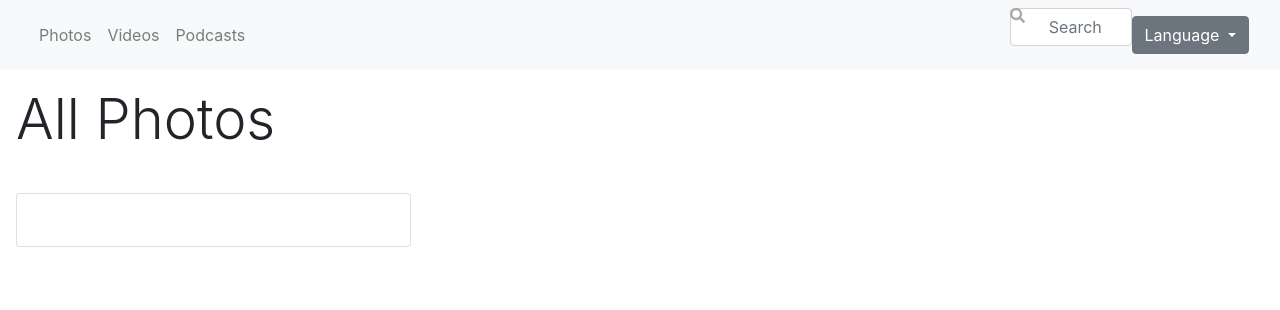
Repository: AlisaSkryp/photoblog
Page: index.html
The author's editor kept a copy of each file at every save. The page is drawn from the files as they stood at one save, then again after a run of saves.
The browser window is 1280 px wide. The pictures show the whole page.
Some web libraries are served in a nearby version.

Above is the page before, as saved 2023-04-09 20:20:14.

After the next 5 saves:
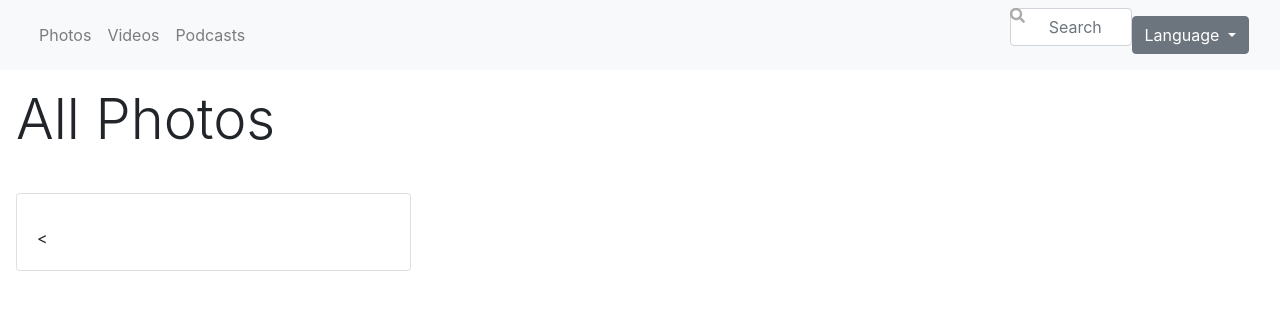
The 5 saves are shown as one change because they came seconds apart.
The last was saved 14 s later.
--- a/index.html
+++ b/index.html
@@ -89,7 +89,8 @@
 			<div class="card">
 				<img class="card-img-top" src="">
 				<div class="card-body">
-					<h4 class="card-title"
+					<h4 class="card-title"></h4>
+					<
 				</div>
 			</div>
 		</div>

After the 2 saves that followed:
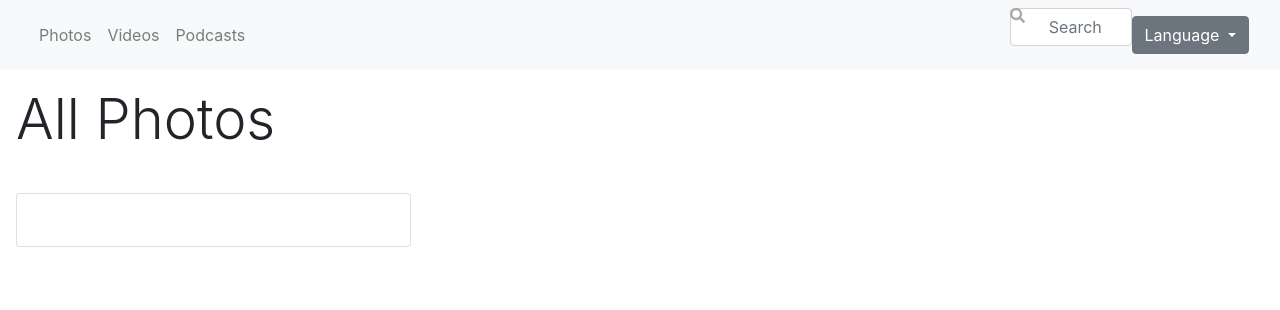
The 2 saves are shown as one change because they came seconds apart.
The last was saved 7 s later.
--- a/index.html
+++ b/index.html
@@ -90,7 +90,7 @@
 				<img class="card-img-top" src="">
 				<div class="card-body">
 					<h4 class="card-title"></h4>
-					<
+					<p class="card-text"></p>
 				</div>
 			</div>
 		</div>
